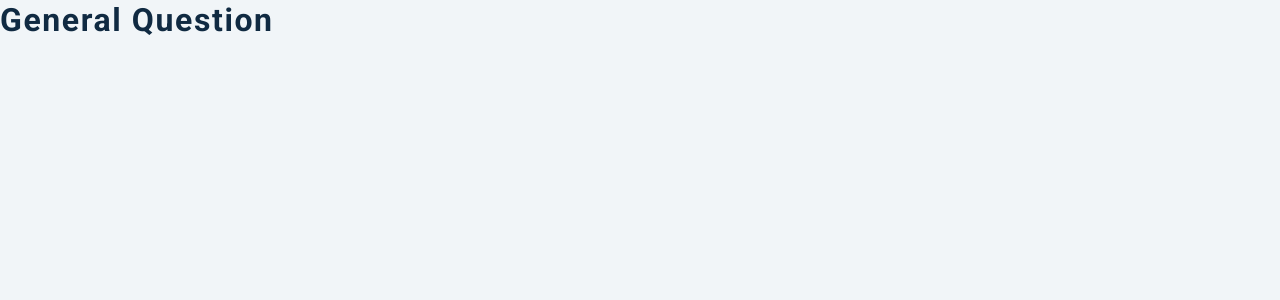
Repository: OmniaRafat232111121/projects-js
Page: questions/index.html
An editor plug-in stored every save of this project. The page is shown before and after the next save, followed by the edit.
The browser window is 1280 px wide. The pictures show the whole page.
Some web libraries are served in a nearby version.

Above is the page before, as saved 2023-01-02 22:02:14.

### questions/index.html
<!DOCTYPE html>
<html lang="en">
<head>
    <meta charset="UTF-8">
    <meta http-equiv="X-UA-Compatible" content="IE=edge">
    <meta name="viewport" content="width=device-width, initial-scale=1.0">
    <title>Modal </title>
    <link rel="stylesheet" href="style.css">
   <!-- font-awesome -->
    <link rel="stylesheet" href="https://cdnjs.cloudflare.com/ajax/libs/font-awesome/5.14.0/css/all.min.css" />
    <!-- extra fonts -->
    <link
      href="https://fonts.googleapis.com/css?family=Great+Vibes&display=swap"
      rel="stylesheet"
    />
</head>
<body>

  <section class="question">
    <div class="title">
      <h2>General Question</h2>
    </div>
  <div class="section-question">
      <article class="question">
        <div class="question-title">


        </div>

    </article>

  </div>

  </section>


    <script src="./main.js"></script>
</body>
</html>

### questions/style.css

/*
===============
Fonts
===============
*/
@import url("https://fonts.googleapis.com/css?family=Open+Sans|Roboto:400,700&display=swap");

/*
===============
Variables
===============
*/

:root {
  /* dark shades of primary color*/
  --clr-primary-1: hsl(205, 86%, 17%);
  --clr-primary-2: hsl(205, 77%, 27%);
  --clr-primary-3: hsl(205, 72%, 37%);
  --clr-primary-4: hsl(205, 63%, 48%);
  /* primary/main color */
  --clr-primary-5: hsl(205, 78%, 60%);
  /* lighter shades of primary color */
  --clr-primary-6: hsl(205, 89%, 70%);
  --clr-primary-7: hsl(205, 90%, 76%);
  --clr-primary-8: hsl(205, 86%, 81%);
  --clr-primary-9: hsl(205, 90%, 88%);
  --clr-primary-10: hsl(205, 100%, 96%);
  /* darkest grey - used for headings */
  --clr-grey-1: hsl(209, 61%, 16%);
  --clr-grey-2: hsl(211, 39%, 23%);
  --clr-grey-3: hsl(209, 34%, 30%);
  --clr-grey-4: hsl(209, 28%, 39%);
  /* grey used for paragraphs */
  --clr-grey-5: hsl(210, 22%, 49%);
  --clr-grey-6: hsl(209, 23%, 60%);
  --clr-grey-7: hsl(211, 27%, 70%);
  --clr-grey-8: hsl(210, 31%, 80%);
  --clr-grey-9: hsl(212, 33%, 89%);
  --clr-grey-10: hsl(210, 36%, 96%);
  --clr-white: #fff;
  --clr-red-dark: hsl(360, 67%, 44%);
  --clr-red-light: hsl(360, 71%, 66%);
  --clr-green-dark: hsl(125, 67%, 44%);
  --clr-green-light: hsl(125, 71%, 66%);
  --clr-black: #222;
  --ff-primary: "Roboto", sans-serif;
  --ff-secondary: "Open Sans", sans-serif;
  --transition: all 0.3s linear;
  --spacing: 0.1rem;
  --radius: 0.25rem;
  --light-shadow: 0 5px 15px rgba(0, 0, 0, 0.1);
  --dark-shadow: 0 5px 15px rgba(0, 0, 0, 0.2);
  --max-width: 1170px;
  --fixed-width: 620px;
}
/*
===============
Global Styles
===============
*/

*,
::after,
::before {
  margin: 0;
  padding: 0;
  box-sizing: border-box;
}
body {
  font-family: var(--ff-secondary);
  background: var(--clr-grey-10);
  color: var(--clr-grey-1);
  line-height: 1.5;
  font-size: 0.875rem;
}
ul {
  list-style-type: none;
}
a {
  text-decoration: none;
}
h1,
h2,
h3,
h4 {
  letter-spacing: var(--spacing);
  text-transform: capitalize;
  line-height: 1.25;
  margin-bottom: 0.75rem;
  font-family: var(--ff-primary);
}
h1 {
  font-size: 3rem;
}
h2 {
  font-size: 2rem;
}
h3 {
  font-size: 1.25rem;
}
h4 {
  font-size: 0.875rem;
}
p {
  margin-bottom: 1.25rem;
  color: var(--clr-grey-5);
}
.btn {
  display:inline-block;
  background-color: var(--clr-primary-4);
  border:none;
color:#fff;
  padding: 10px 20px;
   transition: var(--transition);
  font-size: 0.875rem;

  cursor: pointer;
  box-shadow: 0 1px 3px rgba(0, 0, 0, 0.2);
  border-radius: var(--radius);
}
.btn:hover {
  color: var(--clr-white);
  background: var(--clr-black);
}

Loaded but not shown: questions/main.js (no stored copy; drawn as an empty file)

After the next save:
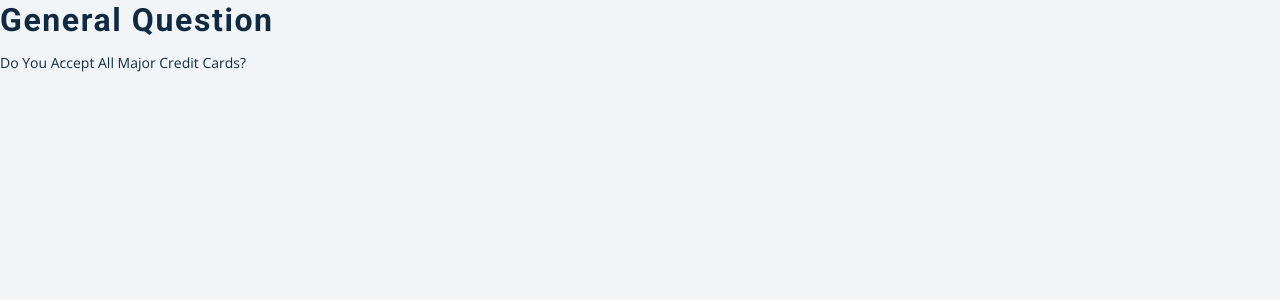
Saved 14 s later.
--- a/questions/index.html
+++ b/questions/index.html
@@ -23,7 +23,7 @@
   <div class="section-question">
       <article class="question">
         <div class="question-title">
-
+          Do You Accept All Major Credit Cards?
 
         </div>
 
